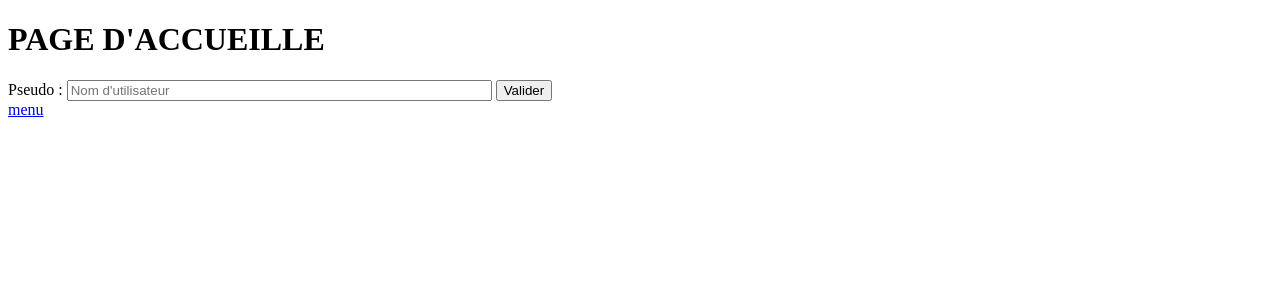
Repository: teddyruppin/GitFormateur
Page: http://localhost/JSP01/web/exercice3.jsp
An editor plug-in stored every save of this project. The page is shown before and after a run of saves, followed by the edit.
The browser window is 1280 px wide. The pictures show the whole page.
The page is served by Tomcat 9. Other server files are loaded and not shown.

Above is the page before, as saved 2020-01-03 15:35:24.

### src/projpoo1/JSP01/WebContent/web/exercice3.jsp
<%@ page language="java" contentType="text/html; charset=ISO-8859-1"
	pageEncoding="ISO-8859-1"%>
<%@ taglib uri="http://java.sun.com/jsp/jstl/core"
prefix="c" %>
<!DOCTYPE html>
<html>
<head>
<meta charset="ISO-8859-1">
<title>Insert title here</title>
</head>
<body>

	<h1>PAGE D'ACCUEILLE</h1>
	<div class="row">
		<div class="col-auto">
			<form action="SaisirUtil" method="post" class="form">
			<label for="Nom" class="col-6 col-form-label"> Pseudo : </label>
			<input type="text" class="form-control" size="50"
			 placeholder="Nom d'utilisateur" id="Mdp" name="Mdp"
			 required>




			<input type="submit" value="Valider" class="btn btn-primary" >


			</form>
		</div>
	</div>




<a href='<c:url value="../index.jsp" />'> menu </a>
</body>
</html>

After the next 2 saves:
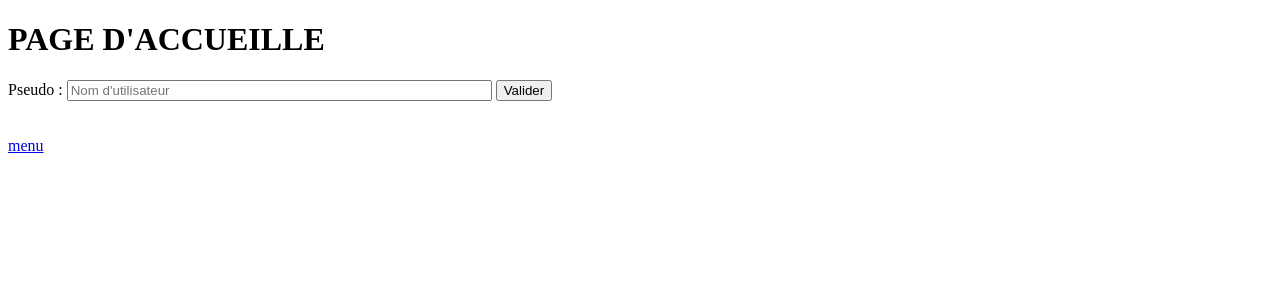
The 2 saves are shown as one change because they came seconds apart.
The last was saved 15 s later.
--- a/src/projpoo1/JSP01/WebContent/web/exercice3.jsp
+++ b/src/projpoo1/JSP01/WebContent/web/exercice3.jsp
@@ -1,7 +1,6 @@
 <%@ page language="java" contentType="text/html; charset=ISO-8859-1"
 	pageEncoding="ISO-8859-1"%>
-<%@ taglib uri="http://java.sun.com/jsp/jstl/core"
-prefix="c" %>
+<%@ taglib uri="http://java.sun.com/jsp/jstl/core" prefix="c"%>
 <!DOCTYPE html>
 <html>
 <head>
@@ -14,15 +13,14 @@ prefix="c" %>
 	<div class="row">
 		<div class="col-auto">
 			<form action="SaisirUtil" method="post" class="form">
-			<label for="Nom" class="col-6 col-form-label"> Pseudo : </label>
-			<input type="text" class="form-control" size="50"
-			 placeholder="Nom d'utilisateur" id="Mdp" name="Mdp"
-			 required>
+				<label for="Nom" class="col-6 col-form-label"> Pseudo : </label> <input
+					type="text" class="form-control" size="50"
+					placeholder="Nom d'utilisateur" id="Mdp" name="Mdp" required>
 
 
 
 
-			<input type="submit" value="Valider" class="btn btn-primary" >
+				<input type="submit" value="Valider" class="btn btn-primary">
 
 
 			</form>
@@ -31,7 +29,8 @@ prefix="c" %>
 
 
 
-
-<a href='<c:url value="../index.jsp" />'> menu </a>
+	<br />
+	<br />
+	<a href='<c:url value="../index.jsp" />'> menu </a>
 </body>
 </html>
